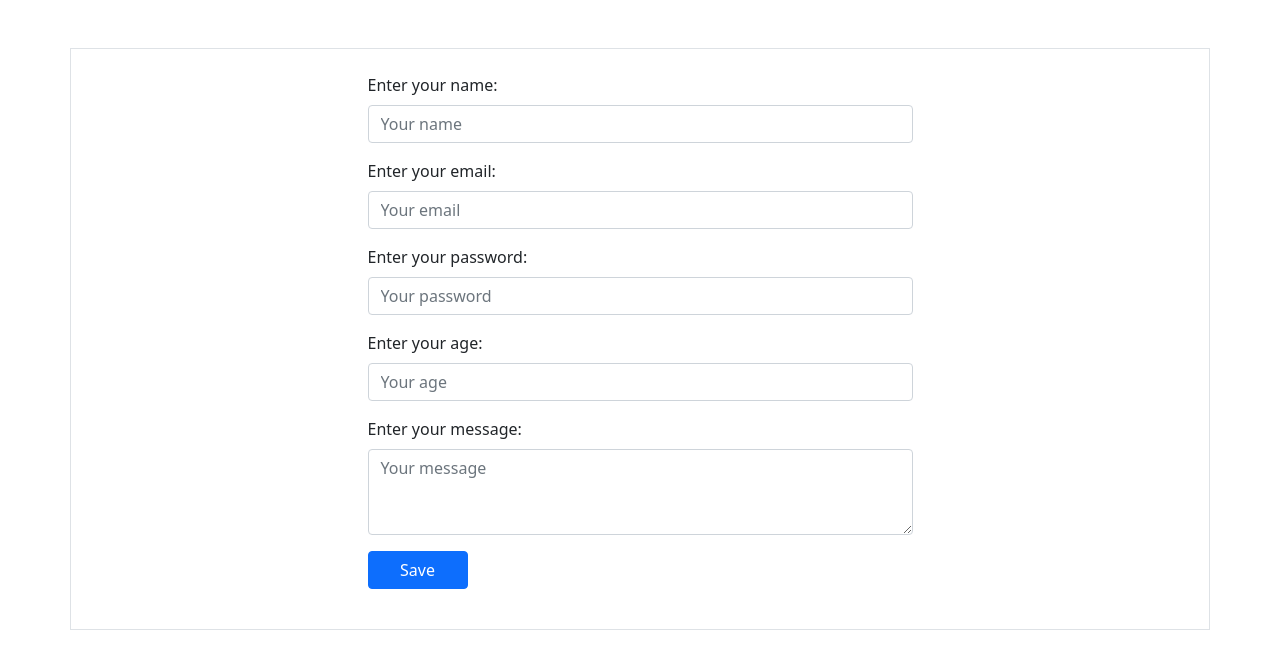
Repository: Abdulahi338/mp3-player-using-js
Page: Bootstrap/form.html
An editor plug-in stored every save of this project. The page is shown before and after the next save, followed by the edit.
The browser window is 1280 px wide. The pictures show the whole page.

Above is the page before, as saved 2025-02-01 14:37:08.

### Bootstrap/form.html
<!DOCTYPE html>
<html lang="en">
<head>
    <meta charset="UTF-8">
    <meta name="viewport" content="width=device-width, initial-scale=1.0">
    <title>Form Example</title>
    <link href="https://cdn.jsdelivr.net/npm/bootstrap@5.0.2/dist/css/bootstrap.min.css" rel="stylesheet" integrity="sha384-EVSTQN3/azprG1Anm3QDgpJLIm9Nao0Yz1ztcQTwFspd3yD65VohhpuuCOmLASjC" crossorigin="anonymous">
</head>
<body>
    <div class="container my-5 bg-white border p-4">
        <div class="col-6 mx-auto">
            <form action="">
                <!-- Name Input -->
                <div class="mb-3">
                    <label for="name" class="form-label">Enter your name:</label>
                    <input type="text" class="form-control" id="name" name="name" placeholder="Your name" required>
                </div>

                <!-- Email Input -->
                <div class="mb-3">
                    <label for="email" class="form-label">Enter your email:</label>
                    <input type="email" class="form-control" id="email" name="email" placeholder="Your email" required>
                </div>

                <!-- Password Input -->
                <div class="mb-3">
                    <label for="password" class="form-label">Enter your password:</label>
                    <input type="password" class="form-control" id="password" name="password" placeholder="Your password" required>
                </div>

                <!-- Age Input -->
                <div class="mb-3">
                    <label for="age" class="form-label">Enter your age:</label>
                    <input type="number" class="form-control" id="age" name="age" placeholder="Your age" required>
                </div>

                <!-- Message Textarea -->
                <div class="mb-3">
                    <label for="message" class="form-label">Enter your message:</label>
                    <textarea class="form-control" id="message" name="message" rows="3" placeholder="Your message" required></textarea>
                </div>

                <!-- Submit Button -->
                <div class="mb-3 ">
                    <button type="submit" class="btn btn-primary " style="width: 100px;">Save</button>
                </div>
            </form>
        </div>
    </div>

    <script src="https://cdn.jsdelivr.net/npm/bootstrap@5.0.2/dist/js/bootstrap.bundle.min.js" integrity="sha384-MrcW6ZMFYlzcLA8Nl+NtUVF0sA7MsXsP1UyJoMp4YLEuNSfAP+JcXn/tWtIaxVXM" crossorigin="anonymous"></script>
</body>
</html>

After the next save:
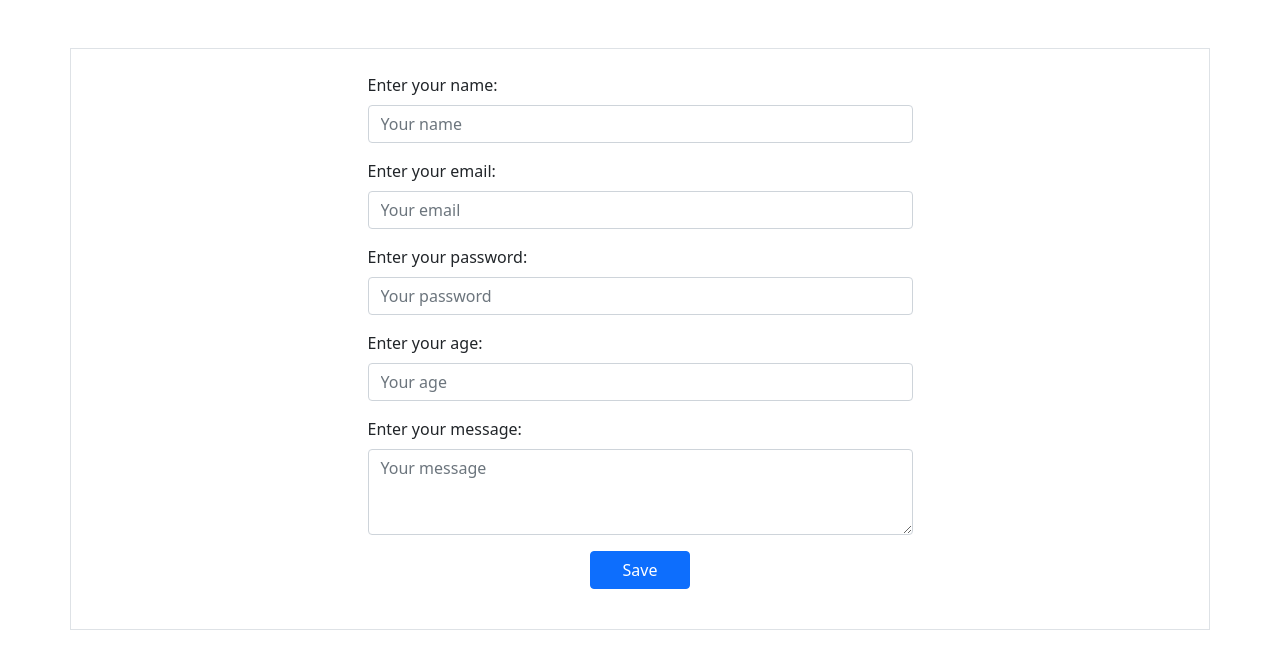
Saved 52 s later.
--- a/Bootstrap/form.html
+++ b/Bootstrap/form.html
@@ -41,8 +41,8 @@
                 </div>
 
                 <!-- Submit Button -->
-                <div class="mb-3 ">
-                    <button type="submit" class="btn btn-primary " style="width: 100px;">Save</button>
+                <div class="mb-3 d-flex justify-content-center">
+                    <button type="submit" class="btn btn-primary" style="width: 100px;">Save</button>
                 </div>
             </form>
         </div>
